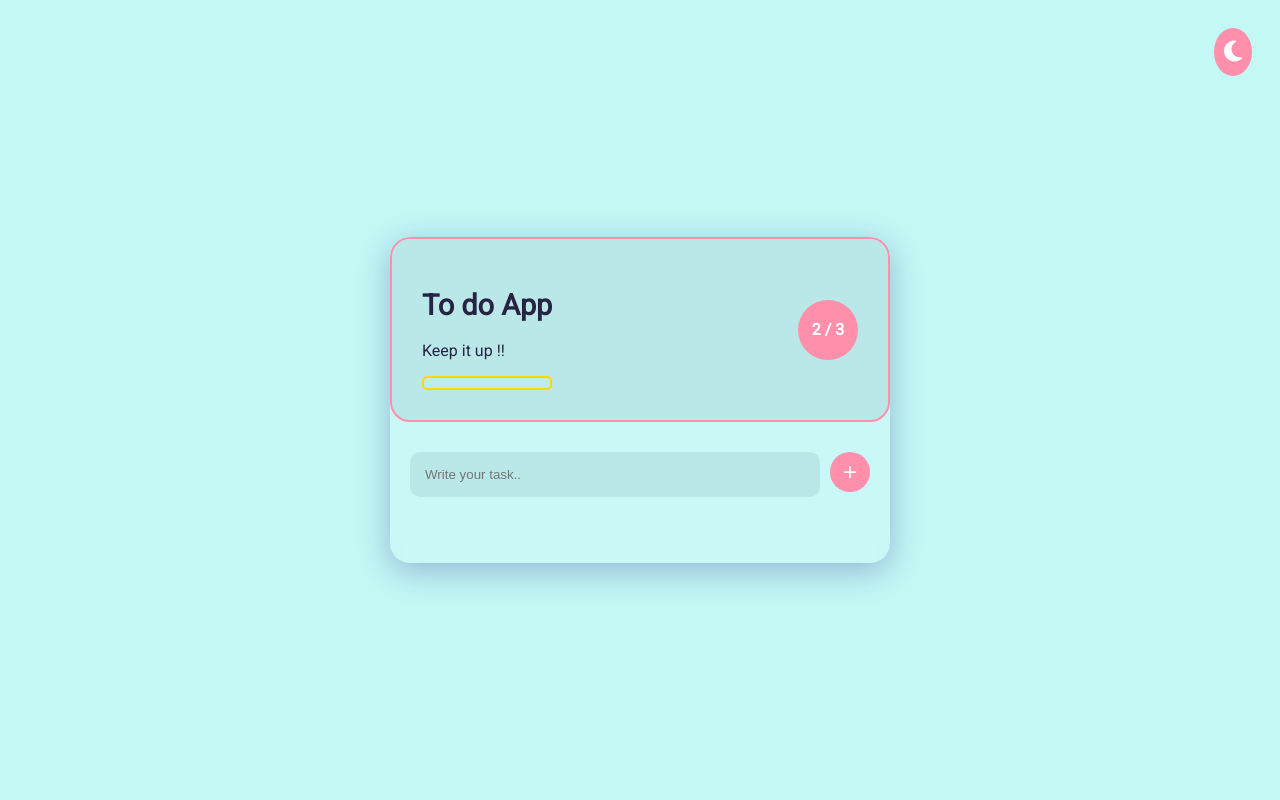
Repository: MounikaSahasra/Productivity-tracker
Page: index.html
An editor plug-in stored every save of this project. The page is shown before and after the next save, followed by the edit.
The browser window is 1280 px wide. The pictures show the whole page.

Above is the page before, as saved 2025-06-30 18:40:33.
Console error: SyntaxError: Identifier 'themeIcon' has already been declared

After the next save:
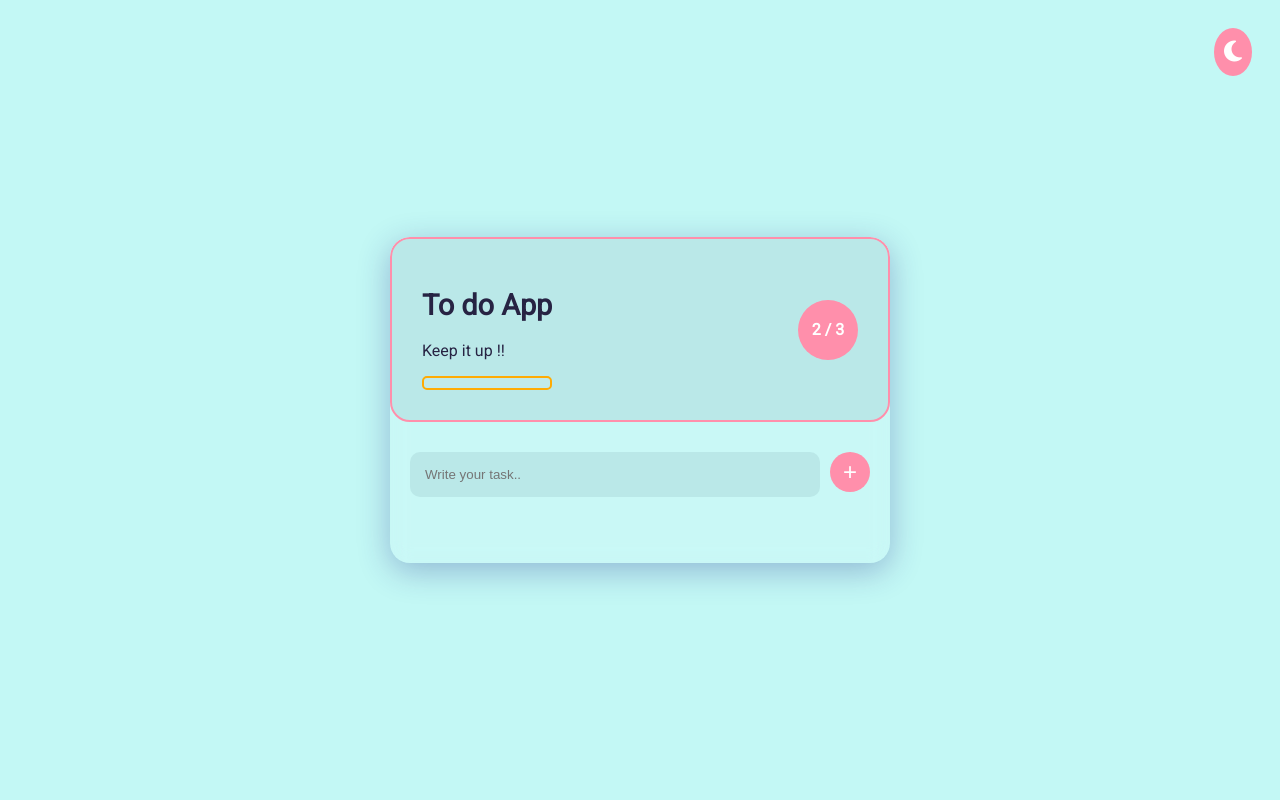
Saved 62 s later.
--- a/style.css
+++ b/style.css
@@ -2,7 +2,7 @@
   --background: #c3f8f5;
   --secondarybackground: #bae8e8;
   --text: #272343;
-  --accent: #ffd803;
+  --accent: #ffab03;
   --highlight: #ff8fab;
   --glass: rgba(255, 255, 255, 0.1);
   --blur: 10px;
